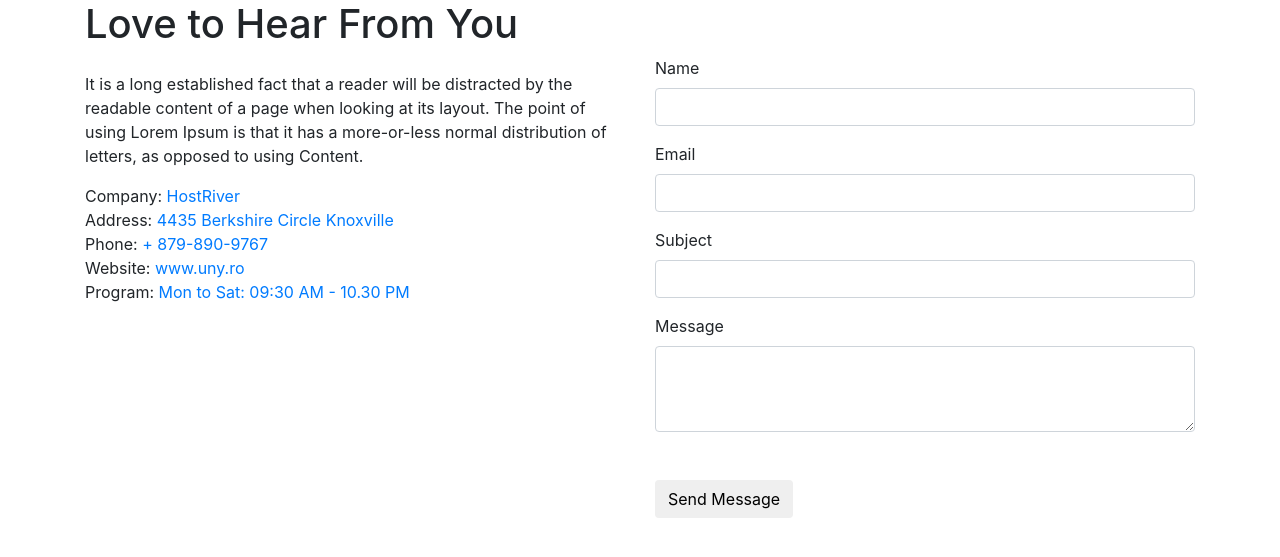
Repository: TheSarikaSharma/NewWorkSpace1
Page: http://localhost/GemsGalleriaFrontend/WEB-INF/views/ContactUs.jsp
The author's editor kept a copy of each file at every save. The page is drawn from the files as they stood at one save, then again after the next save.
The browser window is 1280 px wide. The pictures show the whole page.
Some web libraries are served in a nearby version. The page is served by Tomcat 9. Nobody is signed in. Other server files are loaded and not shown. The template is opened directly, without the code that normally fills it, so the values that code supplies are empty.

Above is the page before, as saved 2019-02-12 19:20:39.
Console error: TypeError: Cannot read properties of undefined (reading 'fn')

### GemsGalleriaFrontend/src/main/webapp/WEB-INF/views/ContactUs.jsp
<%@ page language="java" contentType="text/html"%>

<html>
<head>
<link href="//maxcdn.bootstrapcdn.com/bootstrap/4.0.0/css/bootstrap.min.css" rel="stylesheet" id="bootstrap-css">
<script src="//maxcdn.bootstrapcdn.com/bootstrap/4.0.0/js/bootstrap.min.js"></script>
<script src="//cdnjs.cloudflare.com/ajax/libs/jquery/3.2.1/jquery.min.js"></script>

</head>
<body>
<section class="Material-contact-section section-padding section-dark">
      <div class="container">
          <div class="row">
              <!-- Section Titile -->
              <div class="col-md-12 wow animated fadeInLeft" data-wow-delay=".2s">
                  <h1 class="section-title">Love to Hear From You</h1>
              </div>
          </div>
          <div class="row">
              <!-- Section Titile -->
              <div class="col-md-6 mt-3 contact-widget-section2 wow animated fadeInLeft" data-wow-delay=".2s">
                <p>It is a long established fact that a reader will be distracted by the readable content of a page when looking at its layout. The point of using Lorem Ipsum is that it has a more-or-less normal distribution of letters, as opposed to using Content.</p>

                <div class="find-widget">
                 Company:  <a href="https://hostriver.ro">HostRiver</a>
                </div>
                <div class="find-widget">
                 Address: <a href="#">4435 Berkshire Circle Knoxville</a>
                </div>
                <div class="find-widget">
                  Phone:  <a href="#">+ 879-890-9767</a>
                </div>

                <div class="find-widget">
                  Website:  <a href="https://uny.ro">www.uny.ro</a>
                </div>
                <div class="find-widget">
                   Program: <a href="#">Mon to Sat: 09:30 AM - 10.30 PM</a>
                </div>
              </div>
              <!-- contact form -->
              <div class="col-md-6 wow animated fadeInRight" data-wow-delay=".2s">
                  <form class="shake" role="form" method="post" id="contactForm" name="contact-form" data-toggle="validator">
                      <!-- Name -->
                      <div class="form-group label-floating">
                        <label class="control-label" for="name">Name</label>
                        <input class="form-control" id="name" type="text" name="name" required data-error="Please enter your name">
                        <div class="help-block with-errors"></div>
                      </div>
                      <!-- email -->
                      <div class="form-group label-floating">
                        <label class="control-label" for="email">Email</label>
                        <input class="form-control" id="email" type="email" name="email" required data-error="Please enter your Email">
                        <div class="help-block with-errors"></div>
                      </div>
                      <!-- Subject -->
                      <div class="form-group label-floating">
                        <label class="control-label">Subject</label>
                        <input class="form-control" id="msg_subject" type="text" name="subject" required data-error="Please enter your message subject">
                        <div class="help-block with-errors"></div>
                      </div>
                      <!-- Message -->
                      <div class="form-group label-floating">
                          <label for="message" class="control-label">Message</label>
                          <textarea class="form-control" rows="3" id="message" name="message" required data-error="Write your message"></textarea>
                          <div class="help-block with-errors"></div>
                      </div>
                      <!-- Form Submit -->
                      <div class="form-submit mt-5">
                          <button class="btn btn-common" type="submit" id="form-submit"><i class="material-icons mdi mdi-message-outline"></i> Send Message</button>
                          <div id="msgSubmit" class="h3 text-center hidden"></div>
                          <div class="clearfix"></div>
                      </div>
                  </form>
              </div>
          </div>
      </div>
    </section>

</body>
</html>

After the next save:
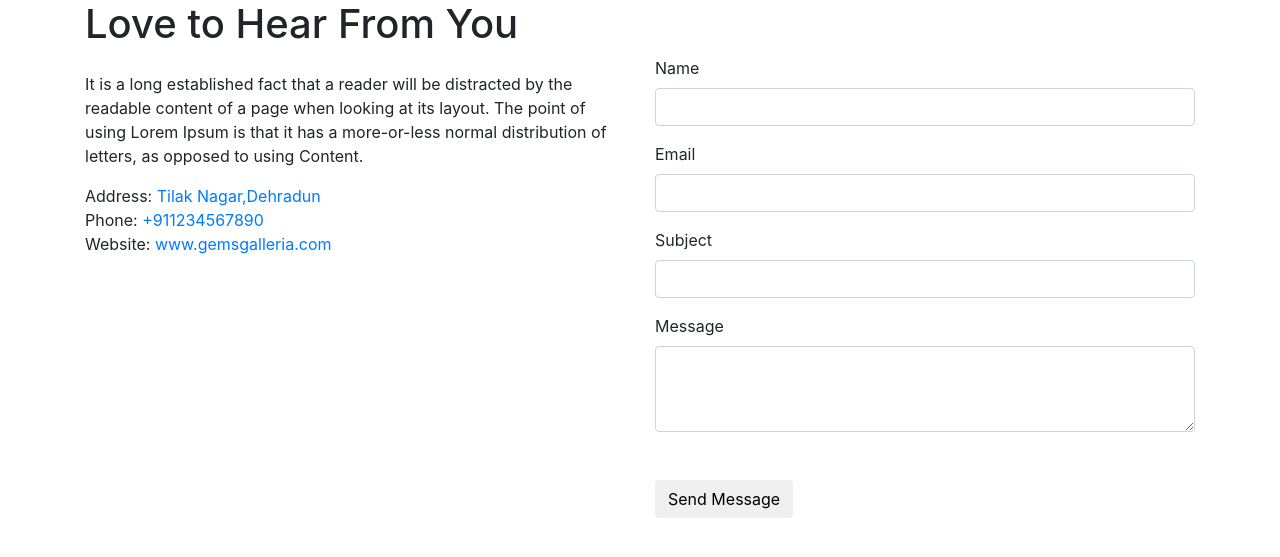
Saved 3 min 22 s later.
--- a/GemsGalleriaFrontend/src/main/webapp/WEB-INF/views/ContactUs.jsp
+++ b/GemsGalleriaFrontend/src/main/webapp/WEB-INF/views/ContactUs.jsp
@@ -21,22 +21,18 @@
               <div class="col-md-6 mt-3 contact-widget-section2 wow animated fadeInLeft" data-wow-delay=".2s">
                 <p>It is a long established fact that a reader will be distracted by the readable content of a page when looking at its layout. The point of using Lorem Ipsum is that it has a more-or-less normal distribution of letters, as opposed to using Content.</p>
 
+
                 <div class="find-widget">
-                 Company:  <a href="https://hostriver.ro">HostRiver</a>
+                 Address: <a href="#">Tilak Nagar,Dehradun</a>
                 </div>
                 <div class="find-widget">
-                 Address: <a href="#">4435 Berkshire Circle Knoxville</a>
-                </div>
-                <div class="find-widget">
-                  Phone:  <a href="#">+ 879-890-9767</a>
+                  Phone:  <a href="#">+911234567890</a>
                 </div>
 
                 <div class="find-widget">
-                  Website:  <a href="https://uny.ro">www.uny.ro</a>
+                  Website:  <a href="https://uny.ro">www.gemsgalleria.com</a>
                 </div>
-                <div class="find-widget">
-                   Program: <a href="#">Mon to Sat: 09:30 AM - 10.30 PM</a>
-                </div>
+
               </div>
               <!-- contact form -->
               <div class="col-md-6 wow animated fadeInRight" data-wow-delay=".2s">
